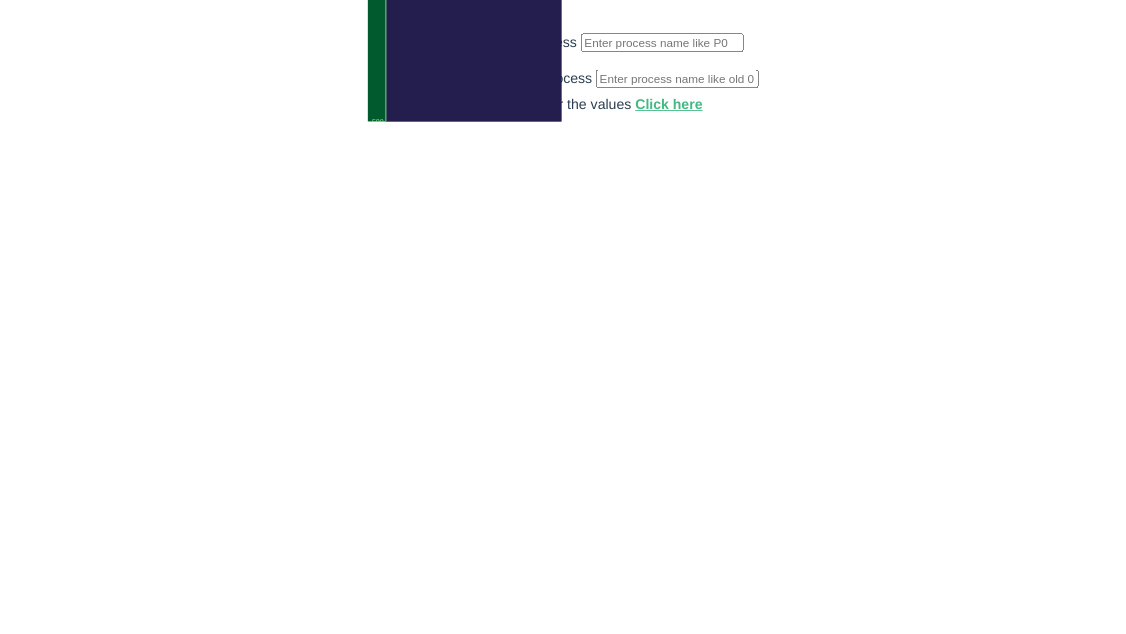
Repository: atout811/memory-allocation-project
Page: /#/final
The author's editor kept a copy of each file at every save. The page is drawn from the files as they stood at one save, then again after the next save.
The browser window is 1280 px wide. The pictures show the whole page, at 88% of full size.
The project was rebuilt for these pictures with package versions that can differ from the ones it lists, and the page was loaded fresh each time. Also part of the build but not shown: src/views/MemoryAndHoles.vue, src/views/Process.vue, src/views/Methods.vue.

Above is the page before, as saved 2021-06-10 17:25:05.

After the next save:
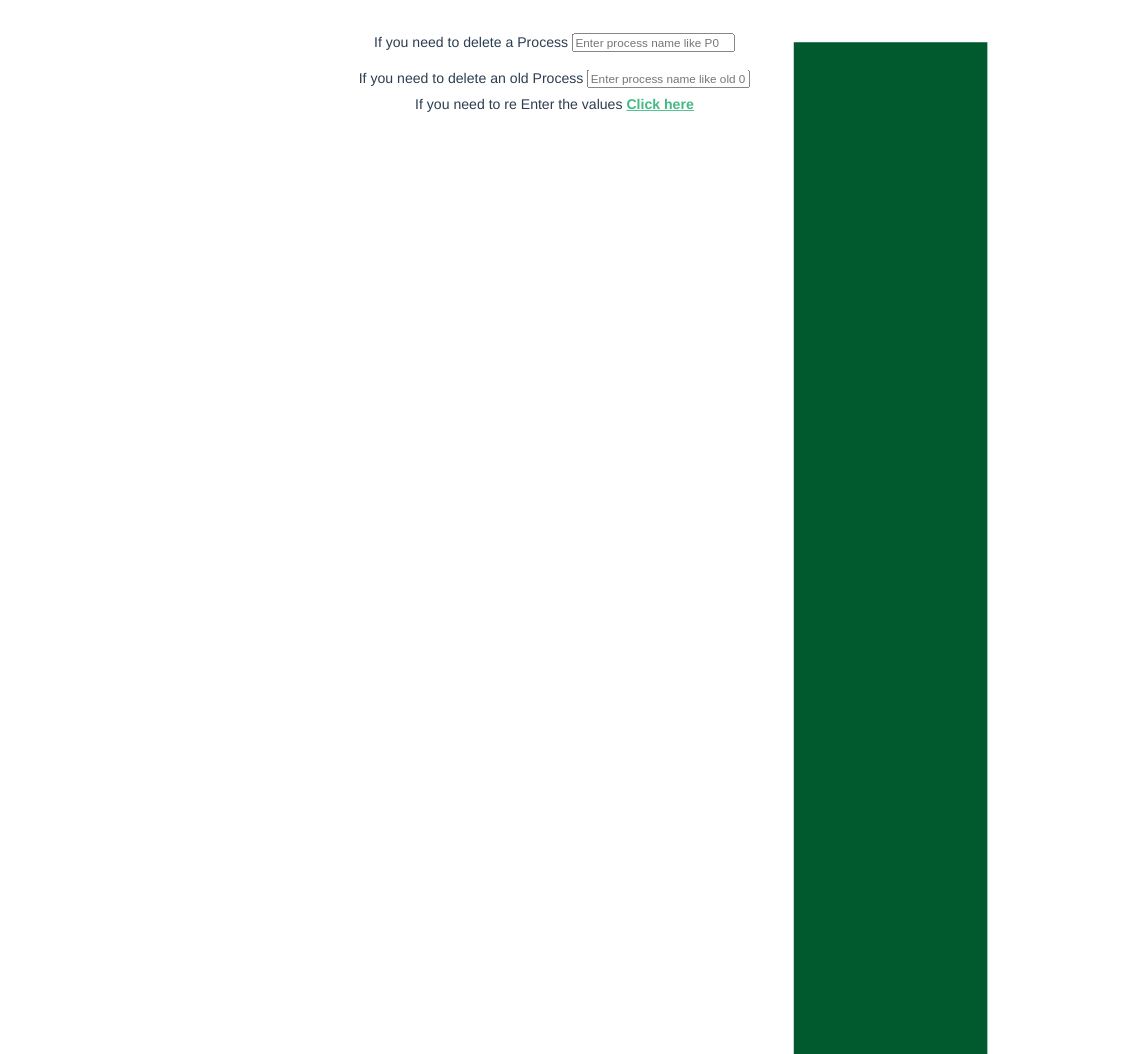
Console error: TypeError: Cannot read properties of null (reading 'style')
Saved 46 s later.
--- a/src/views/Final.vue
+++ b/src/views/Final.vue
@@ -22,7 +22,9 @@
         </div>
       </div>
     </div>
-    <div class="memory"></div>
+    <div class="mem">
+      <div class="memory"></div>
+    </div>
   </div>
 </template>
 
@@ -387,6 +389,9 @@
 .memory >>> h1 {
   color: blueviolet;
 }
+.mem {
+  grid-column: 2 / span 3;
+}
 .memory {
   background-color: #005a2d;
   /* padding: 20px; */
@@ -401,7 +406,6 @@
   padding-left: 20px;
   overflow: hidden;
   margin: 20px;
-  grid-column: 2 / span 3;
 }
 .memory >>> .hole {
   background-color: #ce6c47;

After the 5 saves that followed:
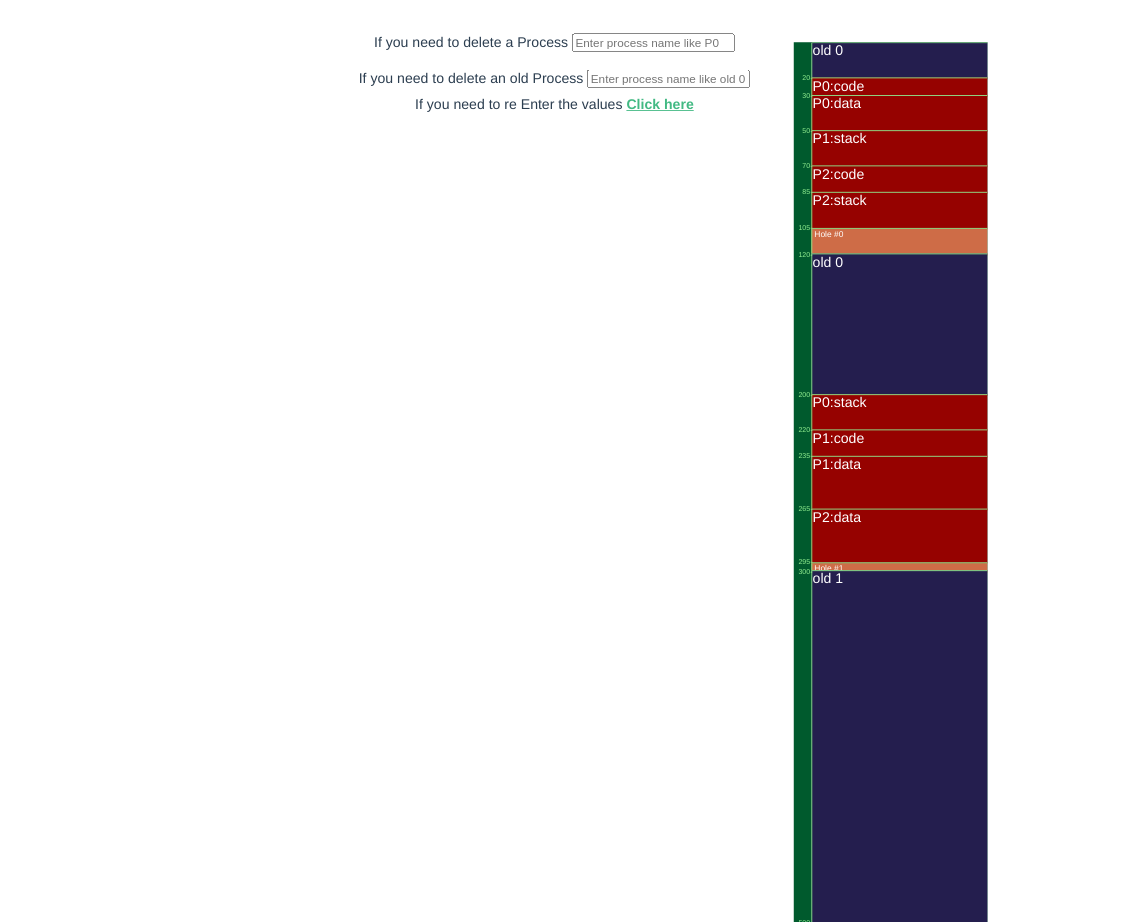
The error is gone.
The 5 saves are shown as one change because 4 left the picture as it was.
The last was saved 2 min 6 s later.
--- a/src/views/Final.vue
+++ b/src/views/Final.vue
@@ -39,7 +39,7 @@
     };
   },
   mounted: function () {
-    const memory = document.querySelector("div.cont > .memory");
+    const memory = document.querySelector("div.cont .mem > .memory");
     console.log(memory);
     const scale = 2;
     let data = { ...this.data };
